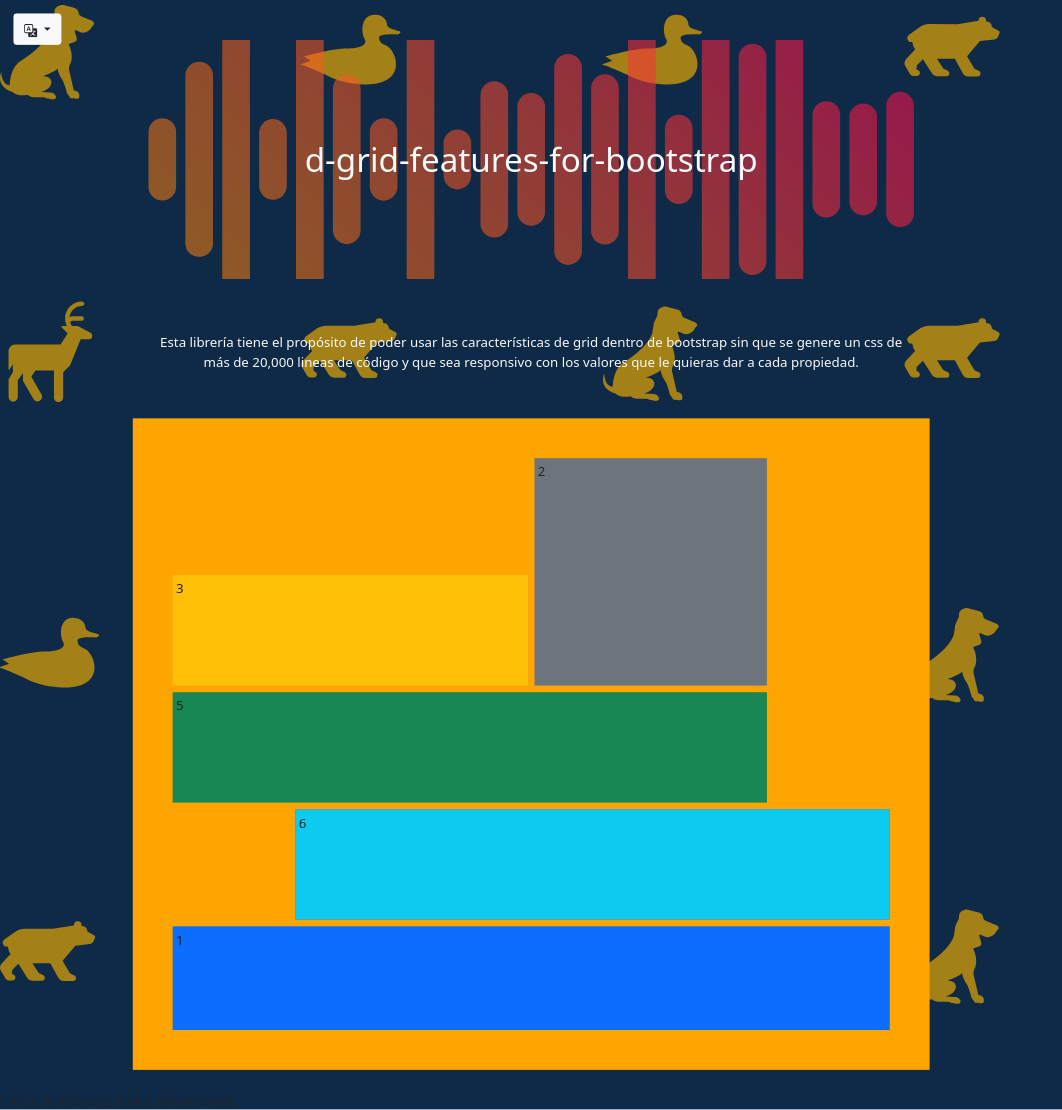
Repository: LynxPardelle/d-grid-features-for-bootstrap
Page: index.html
An editor plug-in stored every save of this project. The page is shown before and after the next save, followed by the edit.
The browser window is 1280 px wide. The pictures show the whole page, at 83% of full size.

Above is the page before, as saved 2022-06-22 22:23:52.
Not found: gfbs-styles.css

### index.html
<!DOCTYPE html>
<html lang="es">
  <head>
    <meta charset="UTF-8" />
    <meta http-equiv="X-UA-Compatible" content="IE=edge" />
    <meta name="viewport" content="width=device-width, initial-scale=1.0" />
    <meta name="author" content="Lynx Pardelle" />
    <title>d-grid-features-for-bootstrap</title>
    <link
      href="https://cdn.jsdelivr.net/npm/bootstrap@5.1.3/dist/css/bootstrap.min.css"
      rel="stylesheet"
      integrity="sha384-1BmE4kWBq78iYhFldvKuhfTAU6auU8tT94WrHftjDbrCEXSU1oBoqyl2QvZ6jIW3"
      crossorigin="anonymous"
    />
    <link rel="stylesheet" href="./style.css" />
    <link rel="stylesheet" href="./gfbs-styles.css" />
  </head>
  <body>
    <!-- Change Language -->
    <div class="dropdown">
      <button
        id="switch-lang"
        class="d-block btn btn-light text-dark position-fixed top-0 start-0 mt-3 ms-3 dropdown-toggle"
        type="button"
        id="dropDownLang"
        data-bs-toggle="dropdown"
        aria-expanded="false"
      >
        <svg
          xmlns="http://www.w3.org/2000/svg"
          width="16"
          height="16"
          fill="currentColor"
          class="bi bi-translate"
          viewBox="0 0 16 16"
        >
          <path
            d="M4.545 6.714 4.11 8H3l1.862-5h1.284L8 8H6.833l-.435-1.286H4.545zm1.634-.736L5.5 3.956h-.049l-.679 2.022H6.18z"
          />
          <path
            d="M0 2a2 2 0 0 1 2-2h7a2 2 0 0 1 2 2v3h3a2 2 0 0 1 2 2v7a2 2 0 0 1-2 2H7a2 2 0 0 1-2-2v-3H2a2 2 0 0 1-2-2V2zm2-1a1 1 0 0 0-1 1v7a1 1 0 0 0 1 1h7a1 1 0 0 0 1-1V2a1 1 0 0 0-1-1H2zm7.138 9.995c.193.301.402.583.63.846-.748.575-1.673 1.001-2.768 1.292.178.217.451.635.555.867 1.125-.359 2.08-.844 2.886-1.494.777.665 1.739 1.165 2.93 1.472.133-.254.414-.673.629-.89-1.125-.253-2.057-.694-2.82-1.284.681-.747 1.222-1.651 1.621-2.757H14V8h-3v1.047h.765c-.318.844-.74 1.546-1.272 2.13a6.066 6.066 0 0 1-.415-.492 1.988 1.988 0 0 1-.94.31z"
          />
        </svg>
      </button>
      <ul class="dropdown-menu" aria-labelledby="dropDownLang">
        <li>
          <button class="w-100 btn text-center" onclick="SwitchLang('es')">
            Español
          </button>
        </li>
        <hr />
        <li>
          <button class="w-100 btn text-center" onclick="SwitchLang('en')">
            English
          </button>
        </li>
      </ul>
    </div>

    <h1 class="text-center text-light my-5">d-grid-features-for-bootstrap</h1>

    <div class="text-center text-light p-3 my-3 w-75 mx-auto">
      <p lang="en">
        This library has the purpose of being able to use the grid features
        within bootstrap without generating a css of more than 20,000 lines of
        code and that is responsive with the values that you want to give to
        each property.
      </p>
      <p lang="es">
        Esta librería tiene el propósito de poder usar las características de
        grid dentro de bootstrap sin que se genere un css de más de 20,000
        lineas de código y que sea responsivo con los valores que le quieras dar
        a cada propiedad.
      </p>
    </div>

    <!-- <section class="d-grid bg-dark" data-gfbs data-gfbs-gtc="repeat(4, 1fr)" data-gfbs-gtr="repeat(2, 50px)" > -->
    <!-- <section class="d-grid bg-dark" data-gfbs data-gfbs-gta='"f f b c c a"" f f d e e a"'> -->
    <section
      class="d-grid w-75 mx-auto my-4"
      data-gfbs
      data-gfbs-custom="background-color: black; padding: 1rem;"
      data-gfbs-custom-sm="background-color: pink; padding: 2rem;"
      data-gfbs-custom-md="background-color: orange; padding: 3rem;"
      data-gfbs-gt='
      [row1-start] "a a b ." 12.5px [row1-end]
      [row2-start] "a a b ." 12.5px [row2-end]
      [row3-start] "c c b d" 12.5px [row3-end]
      [row4-start] "c c b d" 12.5px [row4-end]
      [row5-start] "e e e d" 12.5px [row5-end]
      [row6-start] "e e e d" 12.5px [row6-end]
      [row7-start] ". f f f" 12.5px [row7-end]
      [row8-start] ". f f f" 12.5px [row8-end]
      [row9-start] "g g g g" 25px [row9-end]
      / 2fr 1fr 1fr 3fr'
      data-gfbs-gt-sm='
      [row1-start] "a b b ." 25px [row1-end]
      [row2-start] "a b b ." 25px [row2-end]
      [row3-start] "c c c ." 25px [row3-end]
      [row4-start] "c c c ." 25px [row4-end]
      [row5-start] "e e d d" 25px [row5-end]
      [row6-start] "e e d d" 25px [row6-end]
      [row7-start] ". f f ." 25px [row7-end]
      [row8-start] ". f f ." 25px [row8-end]
      [row9-start] "g g g g" 50px [row9-end]
      / 1fr 2fr 2fr 1fr'
      data-gfbs-gt-md='
      [row1-start] "a a a b" 37.5px [row1-end]
      [row2-start] "a a a b" 37.5px [row2-end]
      [row3-start] "c c d d" 37.5px [row3-end]
      [row4-start] "c c d d" 37.5px [row4-end]
      [row5-start] "e e d d" 37.5px [row5-end]
      [row6-start] "e e d d" 37.5px [row6-end]
      [row7-start] "f f f f" 37.5px [row7-end]
      [row8-start] "g g g g" 37.5px [row8-end]
      [row9-start] "g g g g" 75px [row9-end]
      / 1fr 2fr 2fr 1fr'
      data-gfbs-gt-lg='
      [row1-start] "a a b ." 50px [row1-end]
      [row2-start] "a a b ." 50px [row2-end]
      [row3-start] "c c b d" 50px [row3-end]
      [row4-start] "c c b d" 50px [row4-end]
      [row5-start] "e e e d" 50px [row5-end]
      [row6-start] "e e e d" 50px [row6-end]
      [row7-start] ". f f f" 50px [row7-end]
      [row8-start] ". f f f" 50px [row8-end]
      [row9-start] "g g g g" 100px [row9-end]
      / 1fr 2fr 2fr 1fr'
      data-gfbs-gt-xl='
      [row1-start] "a a b ." 62.5px [row1-end]
      [row2-start] "a a b ." 62.5px [row2-end]
      [row3-start] "c c b d" 62.5px [row3-end]
      [row4-start] "c c b d" 62.5px [row4-end]
      [row5-start] "e e e d" 62.5px [row5-end]
      [row6-start] "e e e d" 62.5px [row6-end]
      [row7-start] ". f f f" 62.5px [row7-end]
      [row8-start] ". f f f" 62.5px [row8-end]
      [row9-start] "g g g g" 125px [row9-end]
      / 1fr 2fr 2fr 1fr'
      data-gfbs-gt-xxl='
      [row1-start] "a a b ." 87.5px [row1-end]
      [row2-start] "a a b ." 87.5px [row2-end]
      [row3-start] "c c b d" 87.5px [row3-end]
      [row4-start] "c c b d" 87.5px [row4-end]
      [row5-start] "e e e d" 87.5px [row5-end]
      [row6-start] "e e e d" 87.5px [row6-end]
      [row7-start] ". f f f" 87.5px [row7-end]
      [row8-start] ". f f f" 87.5px [row8-end]
      [row9-start] "g g g g" 150px [row9-end]
      / 1fr 2fr 2fr 1fr'
      data-gfbs-gap="0.5rem"
    >
      <!-- data-gfbs-cg="1rem"
      data-gfbs-rg="1rem" -->
      <div
        data-gfbs
        data-gfbs-iga="a"
        data-gfbs-iga-sm="g"
        class="bg-primary p-1"
      >
        1
      </div>

      <div data-gfbs data-gfbs-iga="b" class="bg-secondary p-1">2</div>
      <div data-gfbs data-gfbs-iga="c" class="bg-warning p-1">3</div>
      <div
        data-gfbs
        data-gfbs-iga="d"
        data-gfbs-iga-lg="f"
        class="bg-danger p-1"
      >
        4
      </div>
      <div data-gfbs data-gfbs-iga="e" class="bg-success p-1">5</div>
      <div data-gfbs data-gfbs-iga="f" data-gfbs-iga-md="a" class="bg-info p-1">
        6
      </div>
    </section>

    <footer>
      <div id="gfbTimer"></div>
    </footer>

    <script
      src="https://cdn.jsdelivr.net/npm/bootstrap@5.1.3/dist/js/bootstrap.bundle.min.js"
      integrity="sha384-ka7Sk0Gln4gmtz2MlQnikT1wXgYsOg+OMhuP+IlRH9sENBO0LRn5q+8nbTov4+1p"
      crossorigin="anonymous"
    ></script>
    <script src="./d-grid.js"></script>
    <script src="./langChanger.js"></script>
  </body>
</html>

### d-grid.js
"use strict";

let alreadyCreatedClasses = [];
let alreadyCreatedClassesNames = [];

async function GridCreate() {
  try {
    let sheets = [...document.styleSheets];
    let filetedSheet = [];
    for (let sheet of sheets) {
      if (sheet.href?.includes("gfbs-styles")) {
        filetedSheet.push(sheet);
      }
    }
    sheets = filetedSheet;
    let startTimeGridCreat = performance.now();
    // let wWidth = window.innerWidth;
    let gridElements = document.querySelectorAll("[data-gfbs]");
    let gfbsStringed = "";
    let gfbsStringedSM = "";
    let gfbsStringedMD = "";
    let gfbsStringedLG = "";
    let gfbsStringedXl = "";
    let gfbsStringedXXL = "";
    for (let gridElement of gridElements) {
      let newClasses = [];
      for (let attribute of gridElement.attributes) {
        let at = attribute.localName;
        let attValue = attribute.value;

        if (at.includes("gfbs-")) {
          let gfb = at.replace("data-", "");
          let newRandomClassName;
          do {
            newRandomClassName = await randomString(8);
          } while (
            alreadyCreatedClassesNames.includes(`${gfb}-${newRandomClassName}`)
          );
          let gfbStringed = `.${gfb}-${newRandomClassName}`;
          let aCrClMessage;
          for (let aCrCl of alreadyCreatedClasses) {
            let aClass = aCrCl.split("DIVISOR")[0];
            let aAttVal = aCrCl.split("DIVISOR")[1];
            if (attValue === aAttVal) {
              newClasses.push(aClass);
              aCrClMessage = "continue";
            }
          }
          if (aCrClMessage === "continue") {
            continue;
          }
          let cssRules = sheets.map((s) =>
            [...s.cssRules]
              .reverse()
          );
          console.log(cssRules);
          if (
            sheets
              .map((s) =>
                [...s.cssRules]
                  .reverse()
                  .find((i) => i.cssText.includes(gfbStringed))
              )
              .filter((i) => i)
              .pop()
          ) {
            continue;
          }
          alreadyCreatedClasses.push(
            `${gfb}-${newRandomClassName}DIVISOR${attValue}`
          );
          newClasses.push(`${gfb}-${newRandomClassName}`);
          let gfbSplited = await gfb.split("-");
          let hasBP = false;
          let property = gfbSplited[1];
          if (
            gfbSplited[2] === "sm" ||
            gfbSplited[2] === "md" ||
            gfbSplited[2] === "lg" ||
            gfbSplited[2] === "xl" ||
            gfbSplited[2] === "xxl"
          ) {
            hasBP = true;
          }
          // attValue = attValue.replace(/\n/g, "").replace(/\s\s/g, "");
          switch (property) {
            // Container
            case "custom":
              gfbStringed += `{${attValue}}`;
              break;
            case "gtc":
              gfbStringed += `{grid-template-columns:${attValue};}`;
              break;
            case "gtr":
              gfbStringed += `{grid-template-rows:${attValue};}`;
              break;
            case "gta":
              gfbStringed += `{grid-template-areas:${attValue};}`;
              break;
            case "gt":
              gfbStringed += `{grid-template:${attValue};}`;
              break;
            case "cg":
              gfbStringed += `{column-gap:${attValue};}`;
              break;
            case "rg":
              gfbStringed += `{row-gap:${attValue};}`;
              break;
            case "gap":
              gfbStringed += `{gap:${attValue};}`;
              break;
            case "ji":
              gfbStringed += `{justify-items:${attValue};}`;
              break;
            case "ai":
              gfbStringed += `{align-items:${attValue};}`;
              break;
            case "pi":
              gfbStringed += `{place-items:${attValue};}`;
              break;
            case "jc":
              gfbStringed += `{justify-content:${attValue};}`;
              break;
            case "ac":
              gfbStringed += `{align-content:${attValue};}`;
              break;
            case "pc":
              gfbStringed += `{place-content:${attValue};}`;
              break;
            case "gac":
              gfbStringed += `{grid-auto-columns:${attValue};}`;
              break;
            case "gar":
              gfbStringed += `{grid-auto-rows:${attValue};}`;
              break;
            case "gaf":
              gfbStringed += `{grid-auto-flow:${attValue};}`;
              break;
            case "grid":
              gfbStringed += `{grid:${attValue};}`;
              break;

            // Item
            case "gcs":
              gfbStringed += `{grid-column-start:${attValue};}`;
              break;
            case "gce":
              gfbStringed += `{grid-column-end:${attValue};}`;
              break;
            case "gc":
              gfbStringed += `{grid-column:${attValue};}`;
              break;
            case "grs":
              gfbStringed += `{grid-row-start:${attValue};}`;
              break;
            case "gre":
              gfbStringed += `{grid-row-end:${attValue};}`;
              break;
            case "gr":
              gfbStringed += `{grid-row:${attValue};}`;
              break;
            case "iga":
              gfbStringed += `{grid-area:${attValue};}`;
              break;
            case "js":
              gfbStringed += `{justify-self:${attValue};}`;
              break;
            case "as":
              gfbStringed += `{align-self:${attValue};}`;
              break;
            case "ps":
              gfbStringed += `{place-self:${attValue};}`;
              break;
          }
          for (let cssProperty of gfbStringed.split(";")) {
            if (!cssProperty.includes("!important") && cssProperty.length > 5) {
              gfbStringed = gfbStringed.replace(
                cssProperty,
                cssProperty + " !important"
              );
            }
          }

          if (gfbStringed.includes("{") && gfbStringed.includes("}")) {
            if (hasBP === true) {
              // gfbStringed = gfbStringed.replace(/\//g, "");
              switch (gfbSplited[2]) {
                case "sm":
                  gfbsStringedSM += gfbStringed;
                  break;
                case "md":
                  gfbsStringedMD += gfbStringed;
                  break;
                case "lg":
                  gfbsStringedLG += gfbStringed;
                  break;
                case "xl":
                  gfbsStringedXl += gfbStringed;
                  break;
                case "xxl":
                  gfbsStringedXXL += gfbStringed;
                  break;
              }
            } else {
              gfbsStringed += gfbStringed + "DIVGFB";
            }
          }
        }
      }
      for (let newClass of newClasses) {
        gridElement.classList.add(newClass.split("DIVISOR")[0]);
      }
    }
    if (gfbsStringed !== "") {
      for (let gfb of gfbsStringed.split("DIVGFB")) {
        if (gfb !== "") {
          await createCSSRules(gfb);
        }
      }
    }
    if (gfbsStringedSM !== "") {
      await createCSSRules(
        `@media only screen and (min-width: 576px) {${gfbsStringedSM}}`
      );
    }
    if (gfbsStringedMD !== "") {
      await createCSSRules(
        `@media only screen and (min-width: 768px) {${gfbsStringedMD}}`
      );
    }
    if (gfbsStringedLG !== "") {
      await createCSSRules(
        `@media only screen and (min-width: 992px) {${gfbsStringedLG}}`
      );
    }
    if (gfbsStringedXl !== "") {
      await createCSSRules(
        `@media only screen and (min-width: 1200px) {${gfbsStringedXl}}`
      );
    }
    if (gfbsStringedXXL !== "") {
      await createCSSRules(
        `@media only screen and (min-width: 1400px) {${gfbsStringedXXL}}`
      );
    }
    var endTimeGridCreat = performance.now();
    let gfbTimer = document.getElementById("gfbTimer");
    if (gfbTimer) {
      console.log(
        `Call to GridCreat() took ${
          endTimeGridCreat - startTimeGridCreat
        } milliseconds`
      );
      gfbTimer.innerHTML = `
      <p class="my-0">
      Call to GridCreat() took ${
        endTimeGridCreat - startTimeGridCreat
      } milliseconds
      </p>
      `;
    }
  } catch (err) {
    console.log(err);
  }
}
async function createCSSRules(rule) {
  try {
    let sheets = [...document.styleSheets];
    let filetedSheet = [];
    for (let sheet of sheets) {
      if (sheet.href?.includes("gfbs-styles")) {
        filetedSheet.push(sheet);
      }
    }
    sheets = filetedSheet;
    let sheet;
    if (sheets[sheets.length - 1]) {
      sheet = sheets[sheets.length - 1];
    } else {
      sheet = sheets.pop();
    }
    let ruleI;
    ruleI = rule;
    let selector = "";
    let props = "";
    let propsArr = [];
    let ruleOriginal = "";
    if (ruleI && !ruleI.split("{")[0].includes("@media")) {
      selector = ruleI.split("{")[0];
      // CSS (& HTML) reduce spaces in selector to one.
      selector = selector.replace("\n", "").replace(/\s+/g, " ");
      let findRule = (s) =>
        [...s.cssRules].reverse().find((i) => i.cssText.includes(selector));
      ruleOriginal = await sheets
        .map(findRule)
        .filter((i) => i)
        .pop();

      props = ruleI.split("{")[1].split("}")[0];
      props = props.trim();
      if (props.lastIndexOf(";") === props.length - 1) {
        props = props.substring(0, props.length - 1);
      }
      if (props.includes("\n")) {
        let propsN = "";
        props.split("\n").forEach((prop) => {
          prop = prop.trim();
          propsN += " " + prop;
        });
        props = propsN.trim();
      }
      propsArr = props.split(/\s*;\s*/).map((i) => i.split(/\s*:\s*/));
    } else {
      let i = 0;
      let newRule = {
        rule: "",
        prop: "",
      };
      for (let ruleISplit of ruleI.split("{")) {
        if (i === 0) {
          ruleOriginal = [];
          i++;
          continue;
        }
        selector = ruleISplit.includes("}")
          ? ruleISplit.split("}")[ruleISplit.split("}").length - 1]
          : ruleISplit;
        // CSS (& HTML) reduce spaces in selector to one.
        if (selector !== "") {
          selector = selector.replace("\n", "").replace(/\s+/g, " ");
          let findRule = (s) =>
            [...s.cssRules].reverse().find((i) => i.cssText.includes(selector));
          let posibleRule = await sheets
            .map(findRule)
            .filter((i) => i)
            .pop();

          if (posibleRule != undefined) {
            newRule.rule = posibleRule;
          }
        } else {
          props = ruleISplit.includes("}")
            ? ruleISplit.split("}")[0]
            : ruleISplit;

          // CSS (& HTML) reduce spaces in selector to one.
          if (props !== "") {
            props = props.replace("\n", "").replace(/\s+/g, " ");
            if (props.lastIndexOf(";") === props.length - 1) {
              props = props.substring(0, props.length - 1);
            }
            if (props.includes("\n")) {
              let propsN = "";
              props.split("\n").forEach((prop) => {
                prop = prop.trim();
                propsN += " " + prop;
              });
              props = propsN.trim();
            }
            let propArr = props.split(/\s*;\s*/).map((i) => i.split(/\s*:\s*/));
            if (newRule.rule != "") {
              newRule.prop = propArr;
              ruleOriginal.push(newRule);
              newRule = {
                rule: "",
                prop: "",
              };
            }
          }
        }
      }
    }
    if (
      (typeof ruleOriginal === "string" && ruleOriginal !== "") ||
      (typeof ruleOriginal === "object" && ruleOriginal[0])
    ) {
      if (ruleOriginal[0]) {
        for (let ruleO of ruleOriginal) {
          console.log(ruleO);
          for (let [prop, val] of ruleO.prop) {
            console.log(prop);
            console.log(val);
            prop = prop
              .replace(/-(.)/g, (a) => {
                return a.toUpperCase();
              })
              .replace(/-/g, "");
            console.log(ruleO.rule);
            ruleO.rule.cssRules[0].style[prop] = await val.split(
              / *!(?=important)/
            );
            console.log(ruleO.rule.cssRules[0]);
          }
        }
      } else {
        for (let [prop, val] of propsArr) {
          console.log(prop);
          prop = prop
            .replace(/-(.)/g, (a) => {
              return a.toUpperCase();
            })
            .replace(/-/g, "");
          ruleOriginal.style[prop] = val.split(/ *!(?=important)/);
        }
      }
    } else {
      await sheet.insertRule(ruleI, sheet.cssRules.length);
    }
  } catch (err) {
    console.log(err);
  }
}

async function randomString(length) {
  let result = "";
  const characters =
    "ABCDEFGHIJKLMNOPQRSTUVWXYZabcdefghijklmnopqrstuvwxyz0123456789";
  const charactersLength = characters.length;
  for (let i = 0; i < length; i++) {
    result += characters.charAt(Math.floor(Math.random() * charactersLength));
  }
  return result;
}

if (window) {
  window.onload = GridCreate();
  window.addEventListener("resize", GridCreate);
}

if (typeof exports != "undefined") {
  exports.GridCreate = GridCreate(() => {
    GridCreate();
  });
  exports.createCSSRules = exportcreateCSSRules((rule) => {
    return createCSSRules(rule);
  });
}

### langChanger.js
let currentLang = document.documentElement.lang;

let elementsEs = document.querySelectorAll('[lang="es"]');
let elementsEn = document.querySelectorAll('[lang="en"]');

if(currentLang === "en"){
  for (let element of elementsEs) {
    element.classList.add("d-none");
  }
} else {
  for (let element of elementsEn) {
    element.classList.add("d-none");
  }
}

// document.getElementById("switch-lang").addEventListener("click", SwitchLang());
function SwitchLang(lang) {
  currentLang = lang;
  document.documentElement.lang = lang;
  switch (true) {
    case currentLang === "es":
      document.documentElement.lang = "es";
      for (let element of elementsEn) {
        if (!hasClass(element, "d-none") && element.nodeName !== "HTML") {
          element.classList.add("d-none");
        }
      }
      for (let element of elementsEs) {
        if (hasClass(element, "d-none")) {
          element.classList.remove("d-none");
        }
      }
      break;
    case currentLang === "en":
      document.documentElement.lang = "en";
      for (let element of elementsEs) {
        if (!hasClass(element, "d-none") && element.nodeName !== "HTML") {
          element.classList.add("d-none");
        }
      }
      for (let element of elementsEn) {
        if (hasClass(element, "d-none")) {
          element.classList.remove("d-none");
        }
      }
      break;
  }
}

function hasClass(element, className) {
  return (" " + element.className + " ").indexOf(" " + className + " ") > -1;
}

Loaded but not shown: style.css (library)

After the next save:
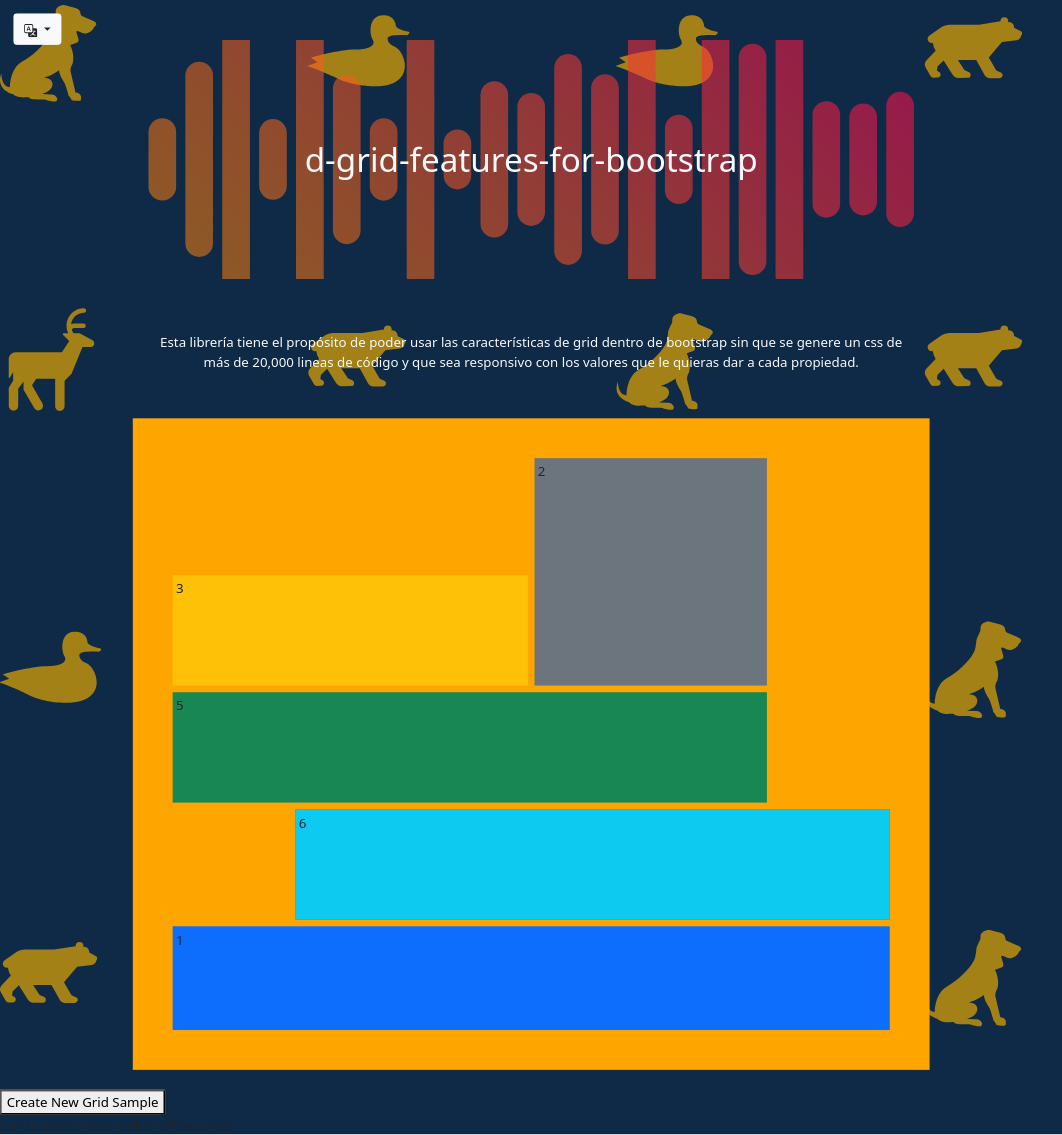
Saved 10 s later.
--- a/index.html
+++ b/index.html
@@ -177,6 +177,8 @@
       </div>
     </section>
 
+    <button onclick="CreateNewGridSample();">Create New Grid Sample</button>
+
     <footer>
       <div id="gfbTimer"></div>
     </footer>
